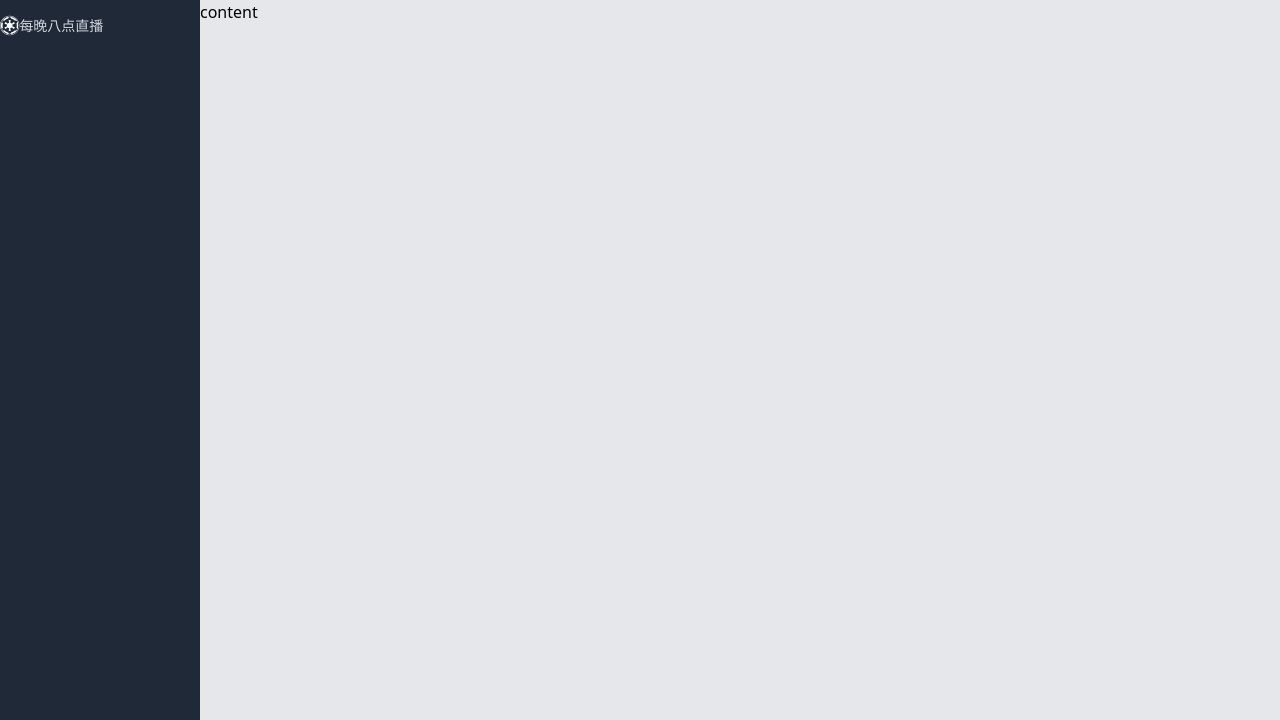
Repository: liangyingbo/vite-vue-TS
Page: /#/admin/home
The author's editor kept a copy of each file at every save. The page is drawn from the files as they stood at one save, then again after the next save.
The browser window is 1280 px wide. The pictures show the whole page.
The project was rebuilt for these pictures with package versions that can differ from the ones it lists, and the page was loaded fresh each time. Also part of the build but not shown: vite.config.ts, src/components/form/HdButton.vue, src/components/form/HdInput.vue, src/components/form/hdLink.vue, src/styles/global.scss.

Above is the page before, as saved 2022-11-18 19:28:42.

### index.html
<!DOCTYPE html>
<html lang="en">
  <head>
    <meta charset="UTF-8" />
    <link rel="icon" type="image/svg+xml" href="/vite.svg" />
    <meta name="viewport" content="width=device-width, initial-scale=1.0" />
    <link href="https://cdn.bootcdn.net/ajax/libs/font-awesome/6.2.0/css/all.css" rel="stylesheet">
    <title>Vite + Vue + TS</title>
  </head>
  <body>
    <div id="app"></div>
    <script type="module" src="/src/main.ts"></script>
  </body>
</html>

### src/main.ts
import { createApp } from 'vue'
import router, { setupRouter } from '@/router'
import { setupPlugins } from '@/plugins'
import '@/styles/global.scss'
import App from './App.vue'

async function bootstrap() {
    const app = createApp(App)
    setupRouter(app)
    setupPlugins(app)
    await router.isReady()
    app.mount('#app')
}
bootstrap()

### src/router/index.ts
import { App } from 'vue';
import { createRouter, createWebHashHistory } from 'vue-router'
import routes from './routes';
import layoutRoutes from './autoLoad';
import guard from './guard';
const router = createRouter({
    history: createWebHashHistory(),
    routes : [...routes,...layoutRoutes]
})
export function setupRouter(app:App){

    guard(router)
    app.use(router)
}

export default router;

### src/plugins/index.ts
import { App } from "vue";
import { setupTailWindCssPlugin } from "./tailwindcss";

export function setupPlugins(app: App) {
    autoRegisterComponent(app)

    setupTailWindCssPlugin()
}



function autoRegisterComponent(app: App) {
    const components = import.meta.glob('../components/form/*.vue', { eager: true })
    console.log(components)
    Object.keys(components).forEach(key => {
        const name = key.split('/').pop()?.split('.')[0] as string

        app.component(name, components[key].default)
    })
}

### src/App.vue
<script setup lang="ts">

// import {info} from '@/apis/userApi'

//const response =  info()
// console.log(response.then(res=>res.data.age))
// console.log()

 </script>

 <template>

    <router-view ></router-view>
 </template>

<style scoped>
</style>

### src/router/routes.ts
import { RouteRecordRaw } from "vue-router"
 const routes = [
    {
        path:'/home',
        name:'home',
        component:() => import("@/views/home.vue"),
    }
]  as  RouteRecordRaw[]

export default routes

### src/router/autoLoad.ts
import { RouteRecordRaw } from "vue-router";


const layout = import.meta.glob('../layouts/*.vue')
const children = import.meta.glob('../views/**/*.vue')
function getRoutes() {
    const layoutRoutes = [] as RouteRecordRaw[]
    Object.entries(layout).forEach(([file, module]) => {
        const route = getRouteByModule(file, module)
        route.children = getChildrenRoutes(route)
        layoutRoutes.push(route)
    })
    return layoutRoutes
}


// 根据布局路由匹配子路由
function getChildrenRoutes(layoutRoute: RouteRecordRaw) {
    const routes = [] as RouteRecordRaw[]
    Object.entries(children).forEach(([file, module]) => {
        if (file.includes(`../views/${layoutRoute.name as string}`)) {
            const route = getRouteByModule(file, module)
            routes.push(route)
        }
    })
    return routes
}

function getRouteByModule(file: string, module: () => Promise<unknown>) {
    const name = file.replace(/.+layouts\/|.+views\/|\.vue/gi, '')
    const route = {
        name: name.replace('/', '.'),
        path: `/${name}`,
        component: module
    } as RouteRecordRaw

    return route
}
export default getRoutes()

### src/router/guard.ts
 import { RouteLocationNormalized, Router } from "vue-router"


class Guard {
    constructor(private router: Router) { }

    public run() {
          this.router.beforeEach((to,from) =>{
            console.log(to)
             if(!this.isLogin(to)) return {name:'auth.login'}


          })
    }

    private isLogin(route:RouteLocationNormalized){
        // console.log(route.meta)
        console.log(route.meta)
        return true
    }
}

export default (router: Router) => {
    new Guard(router).run()
}

### src/plugins/tailwindcss/index.ts
import './tailwindcss.css'

export function setupTailWindCssPlugin(){

}

### src/layouts/admin.vue
<template>
    <div>
         <router-view></router-view>
    </div>
</template>
<script lang="ts" setup>
import routes from "@/router/routes";


</script>

<script lang="ts">
export default {
    route:{meta:{auth:true}}
}
</script>

<style lang="scss" scoped>

</style>

### src/views/admin/home.vue
<template>
    <div class="w-screen h-screen flex ">
        <div class="w-[200px] bg-gray-800">
             <div class="text-white flex items-center py-3">
                <i class="fab fa-empire text-xl"></i>
                <span class="text-sm text-gray-300">每晚八点直播</span>
             </div>
        </div>
        <div class="bg-gray-200 flex-1">
            content
        </div>
    </div>
</template>

<script lang="ts" setup></script>

<style lang="scss" scoped>

</style>

Loaded but not shown: src/plugins/tailwindcss/tailwindcss.css (common file); tailwind.config.cjs (common file)

After the next save:
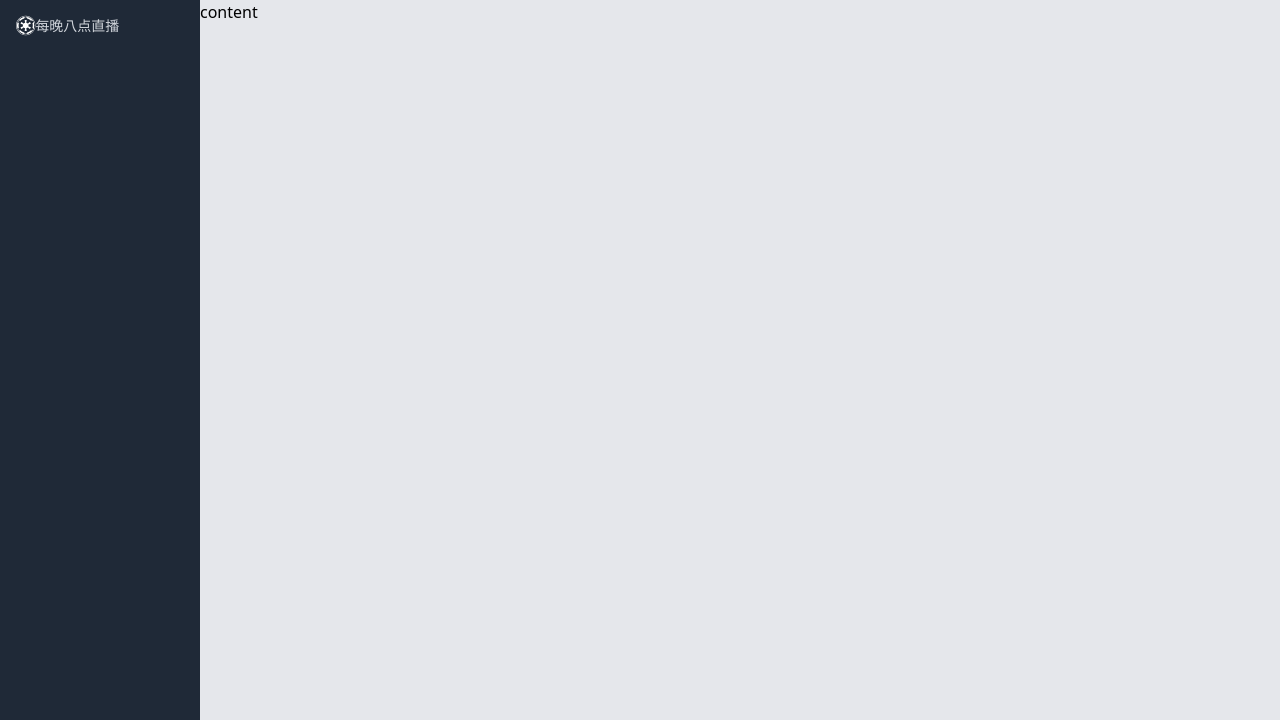
Saved 9 s later.
--- a/src/views/admin/home.vue
+++ b/src/views/admin/home.vue
@@ -1,7 +1,7 @@
 <template>
     <div class="w-screen h-screen flex ">
         <div class="w-[200px] bg-gray-800">
-             <div class="text-white flex items-center py-3">
+             <div class="text-white flex items-center py-3 px-4">
                 <i class="fab fa-empire text-xl"></i>
                 <span class="text-sm text-gray-300">每晚八点直播</span>
              </div>
